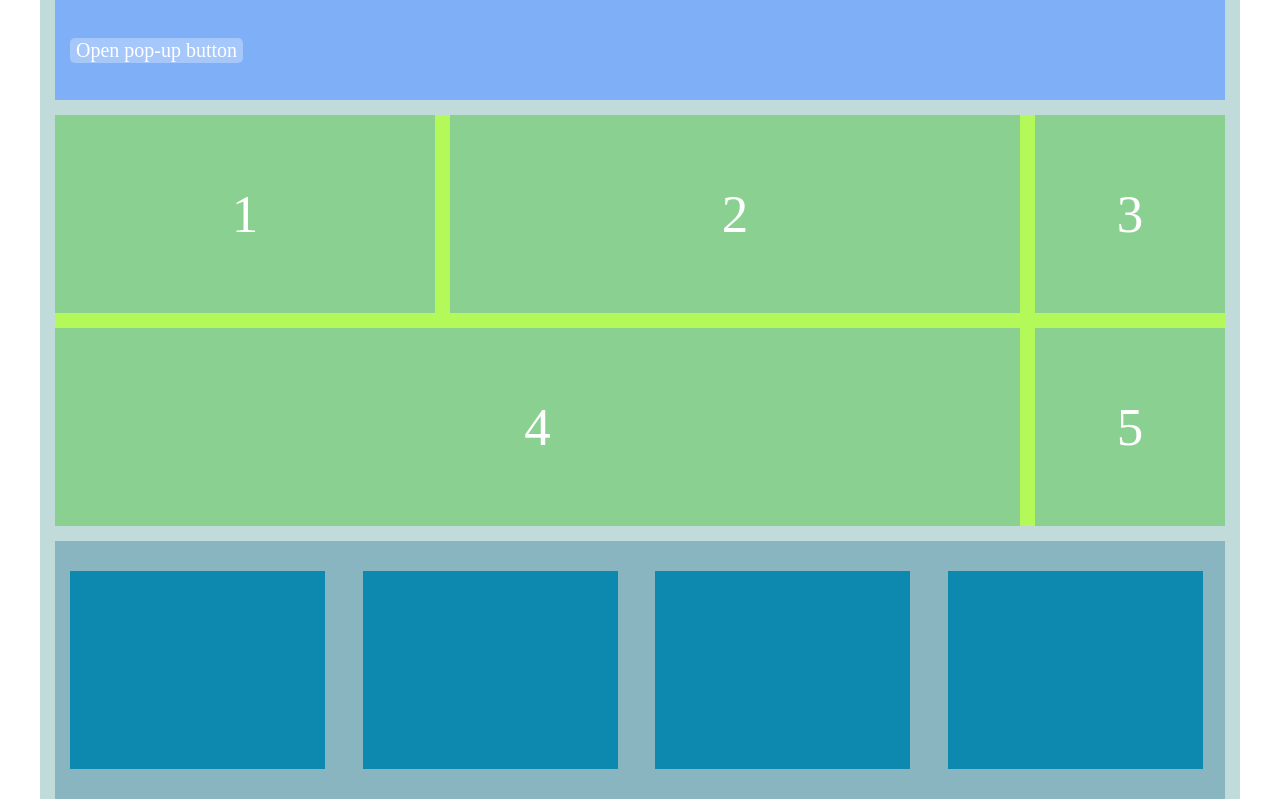
Repository: Evgenius190999999/nodasoft
Page: index.html
The author's editor kept a copy of each file at every save. The page is drawn from the files as they stood at one save, then again after the next save.
The browser window is 1280 px wide. The pictures show the whole page.
Some web libraries are served in a nearby version. The style sheet was rebuilt from its Sass, Less or Tailwind sources for each picture, by a compiler version that may differ from the author's.

Above is the page before, as saved 2022-07-08 15:16:03.

### index.html
<!DOCTYPE html>
<html lang="en">

<head>
    <meta charset="UTF-8">
    <meta http-equiv="X-UA-Compatible" content="IE=edge">
    <meta name="viewport" content="width=device-width, initial-scale=1.0">
    <link rel="stylesheet" href="./style/normalize.css">
    <link rel="stylesheet" href="./style/reset.css">
    <link rel="stylesheet" href="./style/style.css">
    <script src="https://kit.fontawesome.com/33ab42410f.js" crossorigin="anonymous"></script>
    <title>Nodasoft</title>
</head>

<body>
    <div class="wrapper">
        <header class="header container">
            <button class="open__popup">Open pop-up button</button>
        </header>
        <div class="main__block container">
            <div class="div__1">1</div>
            <div class="div__2">2</div>
            <div class="div__3">3</div>
            <div class="div__4">4</div>
            <div class="div__5">5</div>
        </div>
        <div class="second__block container">
            <div class="div1"> </div>
            <div class="div2"> </div>
            <div class="div3"> </div>
            <div class="div4"> </div>
        </div>
    </div>

</body>

</html>

### style/sass/style.sass

*, *::after, *::before
    box-sizing: border-box

.wrapper
    max-width: 1200px
    margin: 0 auto
    background: #C0DBD9

.header
    display: flex
    align-items: center
    justify-content: flex-start
    padding: 0 15px
    background: #7FAFF7
    height: 100px

.container
    max-width: 1170px
    margin: 0 auto

.open__popup
    background: #A5C7F9
    border-radius: 5px
    border: none
    font-size: 20px
    line-height: 23px
    color: #FFFFFF
    cursor: pointer

.main__block
    display: grid
    grid-template-columns: 2fr 3fr 1fr
    grid-template-rows: repeat(2, 1fr)
    grid-column-gap: 15px
    grid-row-gap: 15px
    background: #B3F95A
    font-size: 53px
    color: #FFFFFF
    margin: 15px auto
    div
        height: 198px
        background: #8AD191
        display: flex
        align-items: center
        justify-content: center

.div__1
    grid-area: 1 / 1 / 2 / 2
.div__2
    grid-area: 1 / 2 / 2 / 3
.div__3
    grid-area: 1 / 3 / 2 / 4
.div__4
    grid-area: 2 / 1 / 3 / 3
.div__5
    grid-area: 2 / 3 / 3 / 4

.second__block
    display: grid
    grid-template-columns: repeat(4, 1fr)
    grid-template-rows: 1fr
    grid-column-gap: 0px
    grid-row-gap: 0px
    background: #88B5BF
    div
        height: 198px
        background: #0D89B0
        margin: 30px 15px 30px 15px
        max-width: 255px
        width: 100%

.div1
    grid-area: 1 / 1 / 2 / 2
.div2
    grid-area: 1 / 2 / 2 / 3
.div3
    grid-area: 1 / 3 / 2 / 4
.div4
    grid-area: 1 / 4 / 2 / 5

Loaded but not shown: style/normalize.css (library); style/reset.css (common file)

After the next save:
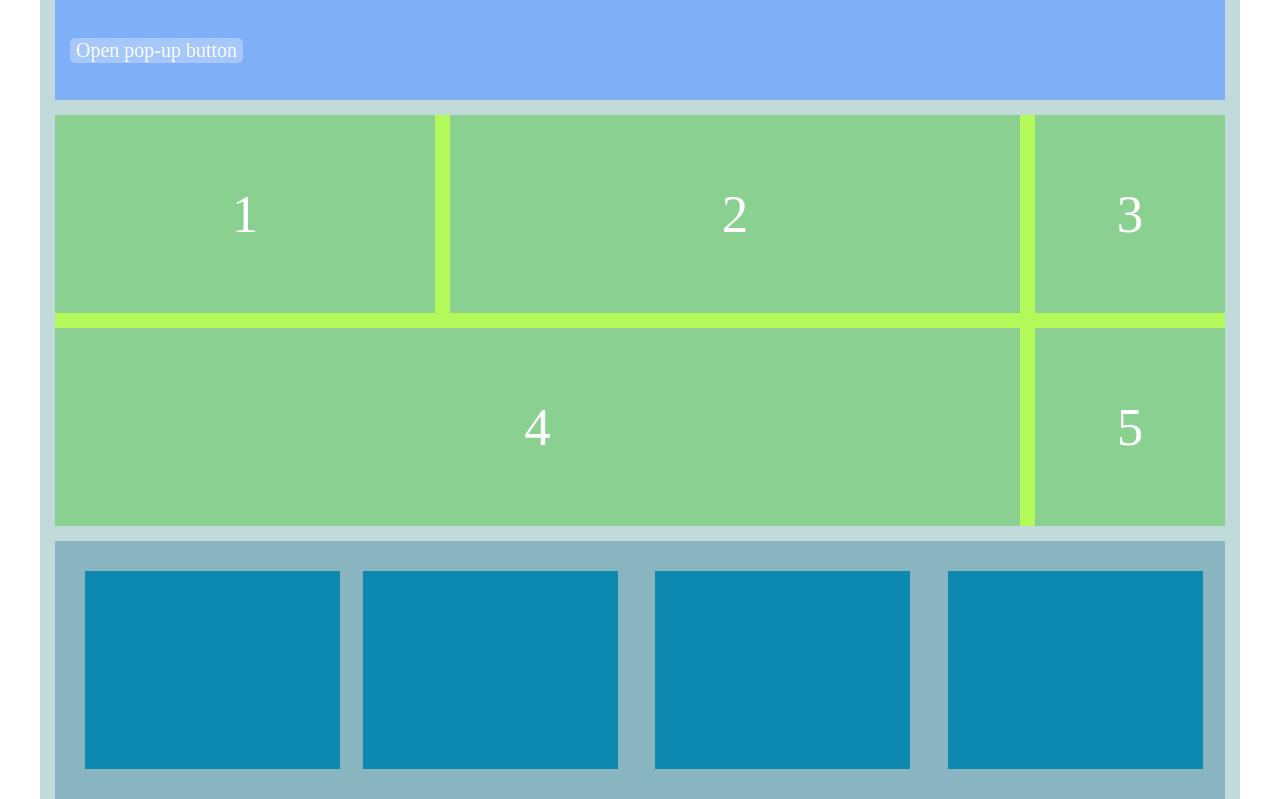
Saved 31 s later.
--- a/style/sass/style.sass
+++ b/style/sass/style.sass
@@ -69,6 +69,10 @@
         margin: 30px 15px 30px 15px
         max-width: 255px
         width: 100%
+        &:first-child
+            margin-left: 30px
+        &:last-child
+            margin-right: 30px
 
 .div1
     grid-area: 1 / 1 / 2 / 2
